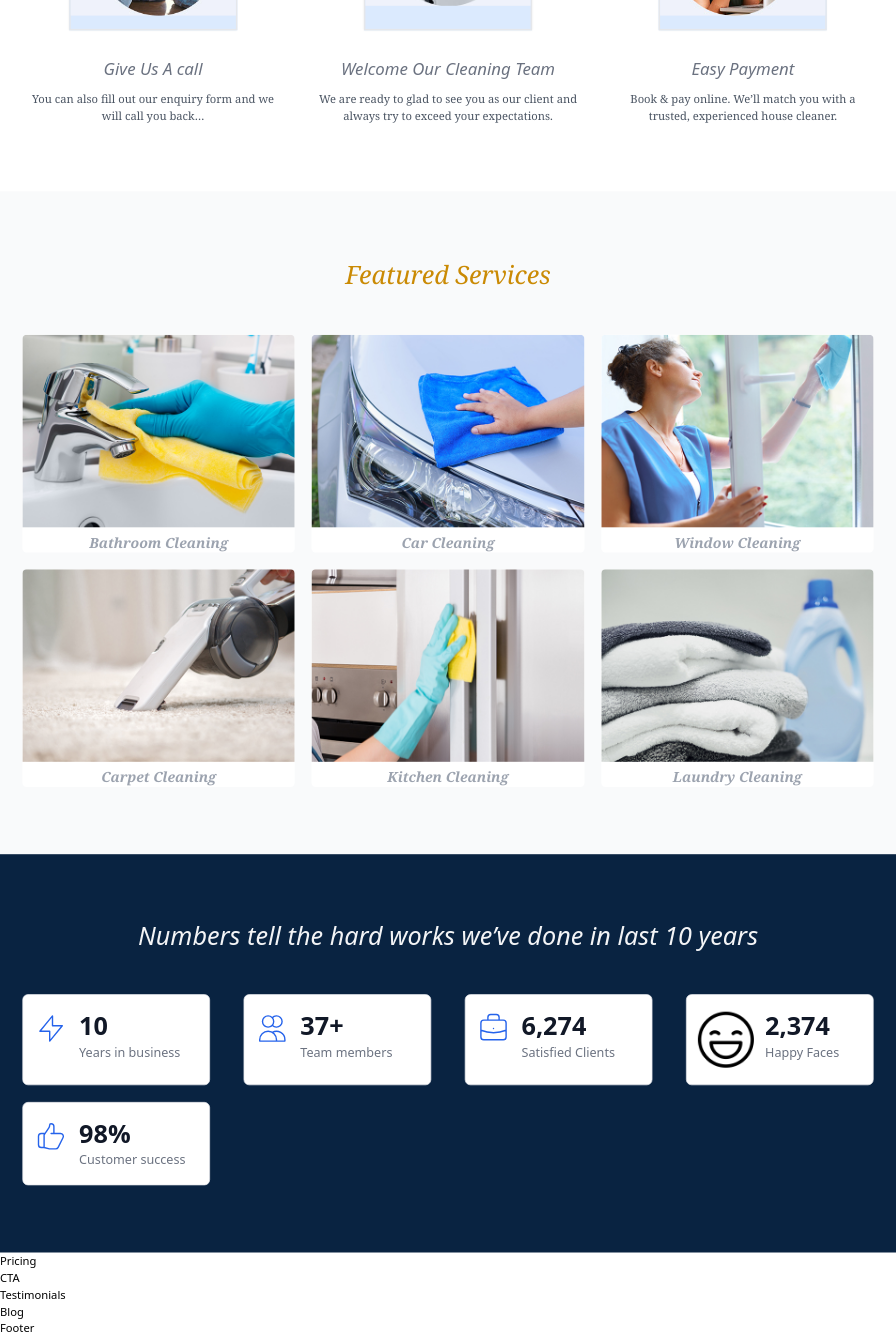
Repository: remydev47/cleonara
Page: /
An editor plug-in stored every save of this project. The page is shown before and after the next save, followed by the edit.
The browser window is 1280 px wide. The pictures show the part of the page from y = 2526 to 4446 px (the page is 4435 px tall before and 4446 px after), at 70% of full size.
The project was rebuilt for these pictures with package versions that can differ from the ones it lists, and the page was loaded fresh each time. The framework's server and built-in components were replaced by stand-ins that run in the browser. Also part of the build but not shown: next.config.js.

Above is the page before, as saved 2022-11-01 13:33:33.

### pages/_app.tsx
import '../styles/globals.css'
import type { AppProps } from 'next/app'
import Header from '../components/Header'

function MyApp({ Component, pageProps }: AppProps) {
  return(
    <>
      <Header />
      <Component {...pageProps} />
    </>

  )
}

export default MyApp

### pages/index.tsx
import type { NextPage } from 'next'
import Head from 'next/head'
import Image from 'next/image'
import { AboutUs, CTA, Hero, Offers, Pricing, Services, Blog, Stats, Steps, Testimonials, Footer } from '../components'

const Home: NextPage = () => {
  return (
    <div className="">
      <Head>
        <title>CLEONARA</title>
        <link rel="icon" href="/favicon.ico" />
      </Head>
      <Hero/>
      <Offers />
      <AboutUs />
      <Steps />
      <Services />
      <Stats />
      <Pricing />
      <CTA />
      <Testimonials />
      <Blog />
      <Footer />
    </div>
  )
}

export default Home

### components/Header.tsx
import React from 'react';
import { navLinks } from '../constants';
import Menupopover from './Menupopover';
import Image from 'next/image';
import Logo from './Logo';
import { Button } from './Button';

const Header = () => {
  return (
    <header className="fixed inset-x-0 bg-[#092341] z-20 flex justify-between items-center py-2 px-2 shadow-lg dark:bg-slate-900 sm:py-3 sm:px-8">
            <div className='flex grow-0 basis-1/3 md:hidden'>
                <Menupopover />
            </div>

             <div className='flex grow-0 ml-2 justify-center md:justify-start'>
                <Logo />

            </div>


            <ul className="list-none sm:flex hidden justify-center items-center flex-1">
            {navLinks.map((nav, index) => (
                <li
                key={nav.id}
                className={`font-bold cursor-pointer text-[16px] hover:text-blue-400
                   ${index === navLinks.length - 1 ? 'mr-0' : 'mr-10'}
                  text-white `}
                >
                    <a>{nav.title}</a>
                </li>
            ))}
           </ul>

          <div className='sm:flex hidden'>
            <Button variant='solid'>
              GET A QUOTE!
            </Button>
          </div>

        </header>
  )
}

export default Header

### components/index.ts
import Hero from "./Hero";
import Offers from "./Offers";
import AboutUs from "./AboutUs";
import Steps from "./Steps";
import Services from "./Services";
import Stats from "./Stats";
import Pricing from "./Pricing";
import CTA from "./CTA";
import Testimonials from "./Testimonials";
import Blog from "./Blog";
import Footer from "./Footer";

export {
    Hero, Offers, AboutUs, Steps, Services, Stats, Pricing, CTA, Testimonials, Blog, Footer
}

### constants/index.ts
export const navLinks=[
    {
        id:"home",
        title:"Home",
    },
    {
        id:"services",
        title:"Services",
    },
    {
        id:"AboutUs",
        title:"AboutUs",
    },
    {
        id:"pricing",
        title:"Pricing",
    },
    {
        id:"blog",
        title:"Blog",
    },
    {
        id:"reviews",
        title:"Reviews",
    },
    {
        id:"contacts",
        title:"Contacts",
    },
]

### components/Menupopover.tsx
import React, {useState, Fragment} from 'react';
import { navLinks } from '../constants';
import { IconButton, Button } from './Button';
import { Transition, Dialog } from '@headlessui/react';
import Logo from './Logo';
import Image from 'next/image';

const Menupopover = () => {
  const [isOpen, setIsOpen] = useState(false)

  return (
    <div>
    <IconButton
      variant='ghost'
      aria-label='menu'
      onClick={() => setIsOpen(!isOpen)}
    >
      <svg className='h-6 w-6 ' fill='none' stroke='currentColor'>
        <path
          strokeLinecap='round'
          strokeLinejoin='round'
          strokeWidth={2}
          d='M4 6h16M4 12h16M4 18h16'
        />
      </svg>
    </IconButton>
    <Transition
      show={isOpen}
      appear
      as={Fragment}
      enter='transform transition ease-in-out duration-300'
      enterFrom='-translate-x-full'
      enterTo='translate-x-0'
      leave='transform transition ease-in-out duration-300 delay-200'
      leaveFrom='translate-x-0'
      leaveTo='-translate-x-full'
     >
     <Dialog
       as='div'
       className={`fixed inset-0 z-50`}
       onClose={setIsOpen}
       open={isOpen}
       >
       <Transition.Child
         as={Fragment}
         enter='ease-out duration-300 delay-300'
         enterFrom='opacity-0'
         enterTo='opacity-100'
         leave='ease-in duration-200'
         leaveFrom='opacity-100'
         leaveTo='opacity-0'
       >

        <Dialog.Overlay
          className={`fixed inset-0 bg-black/20 backdrop-blur-sm dark:bg-gray-900/80`}
         />
      </Transition.Child>
       <div className={styles.dialogcontainer}>
        <a className='mx-auto mt-4 flex w-[140px] '>
          <Logo />
        </a>
        <ul
            className={styles.navWrapper2}
         >
            {navLinks.map((nav, index) => (
                <li
                 key={nav.id}
                 className={` font-bold cursor-pointer text-[16px]
                  mt-2 border-t border-slate-200 py-4 dark:border-slate-600
                  ${index === navLinks.length - 1 ? 'mr-0' : 'mb-4'}
                  text-white `}
                >
                 <a href={`#${nav.id}`}>
                    {nav.title}
                 </a>
                </li>
             ))}
         </ul>

        <IconButton
          variant='ghost'
          aria-label='close menu'
          className='absolute top-5 right-5'
          onClick={() => setIsOpen(false)}
        >
          <svg
            viewBox='0 0 10 10'
            className='h-2.5 w-2.5 overflow-visible'
            aria-hidden='true'
          >
            <path
                d='M0 0L10 10M10 0L0 10'
                fill='none'
                stroke='currentColor'
                strokeWidth='2'
                strokeLinecap='round'
              />
          </svg>
        </IconButton>
       </div>
     </Dialog>
    </Transition>
  </div>
  )
}

export default Menupopover;

const styles ={
  dialogcontainer:`fixed top-0 bottom-0 left-0 w-full max-w-xs rounded-r-xl bg-[#092341] p-6 shadow-lg dark:bg-gray-800`,
  menuitems:`group relative flex h-9 items-center oveflow-hidden rounded-md hover:bg-slate-200/50`,
  navWrapper2:`list-none flex flex-col justify-end items-center flex-1`,
}

### components/Logo.tsx
import React from 'react'
import Image from 'next/image'

const Logo = () => {
  return (
    <div>
        <Image
          src='/images/logo.png'
          alt='Cleonara'
          height={80}
          width={150}
        />
    </div>
  )
}

export default Logo

### components/Hero.tsx
import React from 'react'

const Hero = () => {
  return (
    <section className='relative pt-48 pb-12 xl:pt-60 sm:pb-16 lg:pb-32 xl:pb-48 2xl:pb-56'>
    <div className="absolute inset-0">
     <img className="object-cover w-full h-full" src="/images/7.jpg" alt="" />
    </div>
   <div className='relative'>
    <div className="px-6 mx-auto sm:px-8 lg:px-12 max-w-7xl">
      <div className="w-full lg:w-2/3 xl:w-1/2">
        <h1 className="font-serif text-xl font-bold tracking-tight text-white text-opacity-70 text-center">Proffesional Cleaning Services</h1>
        <p className="mt-6 tracking-tighter text-[#656b72]">
          <span className="font-sans font-bold text-6xl">BEST CLEANING </span><br />
          <span className="font-serif italic font-BOLD text-7xl">SERVICES IN TOWN</span>
        </p>
        <p className="mt-8 font-erif text-xl font-normal text-[#656b72]">
         Our professional and experienced cleaning staff does the job right the first time are Carefully selected Give them a deep.
        </p>
      </div>
    </div>
   </div>
  </section>
  )
}

export default Hero

### components/AboutUs.tsx
import React from 'react'

const AboutUs = () => {
  return (
    <section className="py-6 bg-gray-50 sm:py-16 lg:py-24">
    <div className="max-w-5xl px-4 mx-auto sm:px-6 lg:px-8">
        <div className="grid items-center grid-cols-1 gap-y-6 md:grid-cols-2 md:gap-x-20">
            <div className="">
                <h1 className='text-3xl italic text-blue-800/70 text-center'>WELCOME TO OUR CLEANING AGENCY</h1>
                <h2 className="text-4xl font-bold leading-tight text-black sm:text-4xl lg:text-4xl">Cleaning Services We Provide.</h2>
                <p className="mt-4 text-base leading-relaxed text-gray-600 font-semibold">
                 Our home cleaning services are designed to give you the peace of mind you deserve and the time you need to enjoy your life and loved ones..
                </p>
            </div>

            <div className=" pl-20 pr-6 sm:pl-6 md:px-0">
                <div className="relative w-full max-w-xs mt-4 mb-10 ml-auto">
                 <img className="relative -top-4 -left-4" src="/images/Cleaning.jpg" alt="" />



                    <div className="absolute -bottom-10 -left-16 m-2">


                          <div className="px-8 py-8 bg-blue-700">
                               <span className="block text-4xl font-bold text-yellow-500 lg:text-5xl"> 50+ </span>
                                <span className="block mt-2 text-base leading-tight text-yellow-500"> Team<br />Member</span>
                            </div>
                    </div>
                </div>
            </div>
        </div>
    </div>
</section>
  )
}

export default AboutUs

### components/Steps.tsx
import React from 'react'

const Steps = () => {
  return (
    <section className="py-10  bg-white sm:py-16 lg:py-24">
    <div className="px-4 mx-auto max-w-7xl sm:px-6 lg:px-8">
        <div className="max-w-2xl mx-auto text-center">
            <h2 className="text-3xl italic font-semibold leading-tight text-[#092341]">Enjoy Your Time Off</h2>

        </div>

        <div className="relative mt-12 lg:mt-20">


            <div className="relative grid grid-cols-1 text-center gap-y-12 md:grid-cols-3 gap-x-12">
                <div>
                    <div className="flex items-center justify-center w-60 h-60 mx-auto bg-blue-100 border-2 border-gray-200 shadow">
                        <span className="text-xl font-semibold text-gray-700">
                            <img src='/images/step-1.jpg' className='h-full w-full ' />
                        </span>
                    </div>
                    <h3 className="mt-6 text-2xl italic leading-tight text-gray-500 md:mt-10">Give Us A call</h3>
                    <p className="mt-4 font-serif text-base text-gray-600">You can also fill out our enquiry form and we will call you back…</p>
                </div>

                <div>
                    <div className="flex items-center justify-center w-60 h-60 mx-auto bg-blue-100 border-2 border-gray-200 shadow">
                        <span className="text-xl font-semibold text-gray-700">
                          <img src='/images/step-2.jpg' className='h-full w-full ' />
                        </span>
                    </div>
                    <h3 className="mt-6 text-2xl italic leading-tight text-gray-500 md:mt-10">Welcome Our Cleaning Team</h3>
                    <p className="mt-4 font-serif text-base text-gray-600">We are ready to glad to see you as our client and always try to exceed your expectations.</p>
                </div>

                <div>
                    <div className="flex items-center justify-center w-60 h-60 mx-auto bg-blue-100 border-2 border-gray-200 shadow">
                        <span className="text-xl font-semibold text-gray-700">
                        <img src='/images/step-3.jpg' className='h-full w-full ' />
                        </span>
                    </div>
                    <h3 className="mt-6 text-2xl italic leading-tight text-gray-500 md:mt-10">Easy Payment</h3>
                    <p className="mt-4 font-serif text-base text-gray-600">Book & pay online. We’ll match you with a trusted, experienced house cleaner.</p>
                </div>

            </div>
        </div>
    </div>
 </section>
  )
}

export default Steps

### components/Services.tsx
import React from 'react'

const services=[
  {
    image:'/images/1.jpg',
    title:'Bathroom Cleaning',
    description:'',
  },
  {
    image:'/images/2.jpg',
    title:'Car Cleaning',
    description:'',
  },
  {
    image:'/images/3.jpg',
    title:'Window Cleaning',
    description:'',
  },
  {
    image:'/images/4.jpg',
    title:'Carpet Cleaning',
    description:'',
  },
  {
    image:'/images/5.jpg',
    title:'Kitchen Cleaning',
    description:'',
  },
  {
    image:'/images/6.jpg',
    title:'Laundry Cleaning',
    description:'',
  },
]

const Services = () => {
  return (
    <section className="bg-gray-50 sm:py-16 lg:py-24">

    <div className="px-4 mx-auto max-w-7xl sm:px-6 lg:px-8">
     <div className="max-w-2xl mx-auto text-center">
      <h2 className="italic font-serif text-4xl leading-tight text-yellow-600">Featured Services</h2>
     </div>

     <div className="grid max-w-md grid-cols-1 gap-6 mx-auto mt-8 text-center lg:max-w-full lg:mt-16 lg:grid-cols-3">
      {services.map((item, i) => (
     <div className="overflow-hidden bg-white border-gray-300 rounded-md">
          <div className="flex flex-col items-center justify-center">

              <img
               src={item.image}
               className="w-full"
             />

             <h2 className='font-bold font-serif text-xl text-gray-400 italic text-center mt-2'>
               {item.title}
             </h2>
             <p className='text-xl font-serif text-gray-300 text-center '>
              {item.description}
             </p>
          </div>
     </div>
     ))}
    </div>
</div>
</section>
  )
}

export default Services

### components/Stats.tsx
import React from 'react'

const Stats = () => {
  return (
    <section className="py-10 bg-[#092341] sm:py-16 lg:py-24">
    <div className="px-4 mx-auto max-w-7xl sm:px-6 lg:px-8">
        <div className="text-center">
            <h4 className="text-4xl font-medium italic text-gray-100">Numbers tell the hard works we’ve done in last 10 years</h4>
        </div>

        <div className="grid grid-cols-1 gap-6 px-6 mt-8 sm:px-0 lg:mt-16 sm:grid-cols-2 lg:grid-cols-4 xl:gap-x-12">
            <div className="overflow-hidden bg-white border border-gray-200 rounded-lg">
                <div className="px-4 py-6">
                    <div className="flex items-start">
                        <svg className="flex-shrink-0 w-12 h-12 text-blue-600" xmlns="http://www.w3.org/2000/svg" fill="none" viewBox="0 0 24 24" stroke="currentColor">
                            <path stroke-linecap="round" stroke-linejoin="round" stroke-width="1" d="M13 10V3L4 14h7v7l9-11h-7z" />
                        </svg>
                        <div className="ml-4">
                            <h4 className="text-4xl font-bold text-gray-900">10</h4>
                            <p className="mt-1.5 text-lg font-medium leading-tight text-gray-500">Years in business</p>
                        </div>
                    </div>
                </div>
            </div>

            <div className="overflow-hidden bg-white border border-gray-200 rounded-lg">
                <div className="px-4 py-6">
                    <div className="flex items-start">
                        <svg className="flex-shrink-0 w-12 h-12 text-blue-600" xmlns="http://www.w3.org/2000/svg" fill="none" viewBox="0 0 24 24" stroke="currentColor">
                            <path stroke-linecap="round" stroke-linejoin="round" stroke-width="1" d="M12 4.354a4 4 0 110 5.292M15 21H3v-1a6 6 0 0112 0v1zm0 0h6v-1a6 6 0 00-9-5.197M13 7a4 4 0 11-8 0 4 4 0 018 0z" />
                        </svg>
                        <div className="ml-4">
                            <h4 className="text-4xl font-bold text-gray-900">37+</h4>
                            <p className="mt-1.5 text-lg font-medium leading-tight text-gray-500">Team members</p>
                        </div>
                    </div>
                </div>
            </div>

            <div className="overflow-hidden bg-white border border-gray-200 rounded-lg">
                <div className="px-4 py-6">
                    <div className="flex items-start">
                        <svg className="flex-shrink-0 w-12 h-12 text-blue-600" xmlns="http://www.w3.org/2000/svg" fill="none" viewBox="0 0 24 24" stroke="currentColor">
                            <path stroke-linecap="round" stroke-linejoin="round" stroke-width="1" d="M21 13.255A23.931 23.931 0 0112 15c-3.183 0-6.22-.62-9-1.745M16 6V4a2 2 0 00-2-2h-4a2 2 0 00-2 2v2m4 6h.01M5 20h14a2 2 0 002-2V8a2 2 0 00-2-2H5a2 2 0 00-2 2v10a2 2 0 002 2z" />
                        </svg>
                        <div className="ml-4">
                            <h4 className="text-4xl font-bold text-gray-900">6,274</h4>
                            <p className="mt-1.5 text-lg font-medium leading-tight text-gray-500">Satisfied Clients</p>
                        </div>
                    </div>
                </div>
            </div>

            <div className="overflow-hidden bg-white border border-gray-200 rounded-lg">
                <div className="px-4 py-6">
                    <div className="flex items-start">
                        <img src='/images/happy.png' className='h-20 w-20' />
                        <div className="ml-4">
                            <h4 className="text-4xl font-bold text-gray-900">2,374</h4>
                            <p className="mt-1.5 text-lg font-medium leading-tight text-gray-500">Happy Faces</p>
                        </div>
                    </div>
                </div>
            </div>

            <div className="overflow-hidden bg-white border border-gray-200 rounded-lg">
                <div className="px-4 py-6">
                    <div className="flex items-start">
                        <svg className="flex-shrink-0 w-12 h-12 text-blue-600" xmlns="http://www.w3.org/2000/svg" fill="none" viewBox="0 0 24 24" stroke="currentColor">
                            <path
                                stroke-linecap="round"
                                stroke-linejoin="round"
                                stroke-width="1"
                                d="M14 10h4.764a2 2 0 011.789 2.894l-3.5 7A2 2 0 0115.263 21h-4.017c-.163 0-.326-.02-.485-.06L7 20m7-10V5a2 2 0 00-2-2h-.095c-.5 0-.905.405-.905.905 0 .714-.211 1.412-.608 2.006L7 11v9m7-10h-2M7 20H5a2 2 0 01-2-2v-6a2 2 0 012-2h2.5"
                            />
                        </svg>
                        <div className="ml-4">
                            <h4 className="text-4xl font-bold text-gray-900">98%</h4>
                            <p className="mt-1.5 text-lg font-medium leading-tight text-gray-500">Customer success</p>
                        </div>
                    </div>
                </div>
            </div>
        </div>
    </div>
  </section>
  )
}

export default Stats

Loaded but not shown: styles/globals.css (common file); components/Pricing.tsx (common file); components/CTA.tsx (common file); components/Testimonials.tsx (common file); components/Blog.tsx (common file); components/Footer.tsx (common file); tailwind.config.js (common file); components/Button/index.tsx (181 lines, source omitted); components/Offers.tsx (90 lines, source omitted)

After the next save:
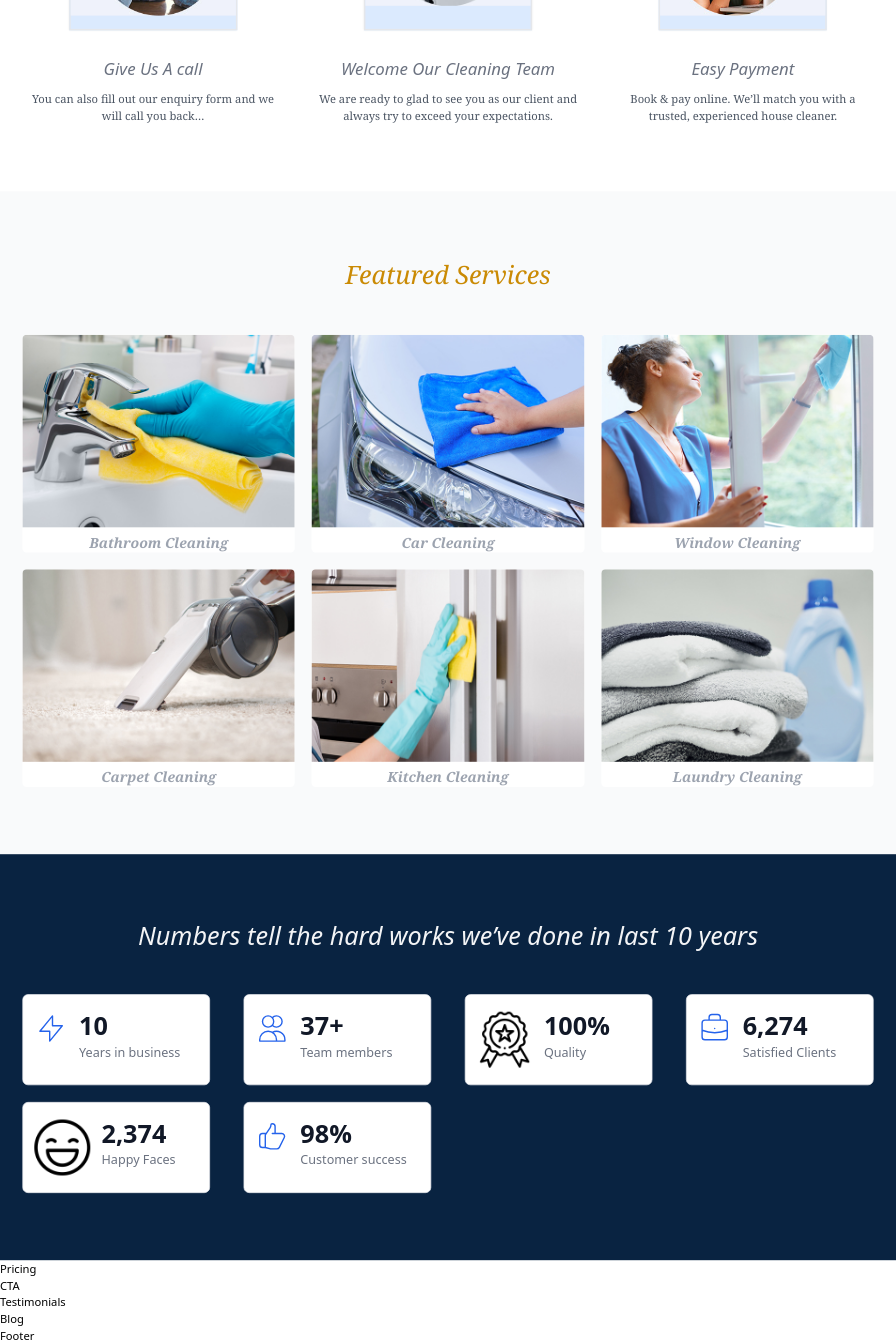
Saved 77 s later.
--- a/components/Stats.tsx
+++ b/components/Stats.tsx
@@ -32,6 +32,18 @@ const Stats = () => {
                         <div className="ml-4">
                             <h4 className="text-4xl font-bold text-gray-900">37+</h4>
                             <p className="mt-1.5 text-lg font-medium leading-tight text-gray-500">Team members</p>
+                        </div>
+                    </div>
+                </div>
+            </div>
+
+            <div className="overflow-hidden bg-white border border-gray-200 rounded-lg">
+                <div className="px-4 py-6">
+                    <div className="flex items-start">
+                        <img src='/images/quality.png' className='h-20 w-20' />
+                        <div className="ml-4">
+                            <h4 className="text-4xl font-bold text-gray-900">100%</h4>
+                            <p className="mt-1.5 text-lg font-medium leading-tight text-gray-500">Quality</p>
                         </div>
                     </div>
                 </div>
